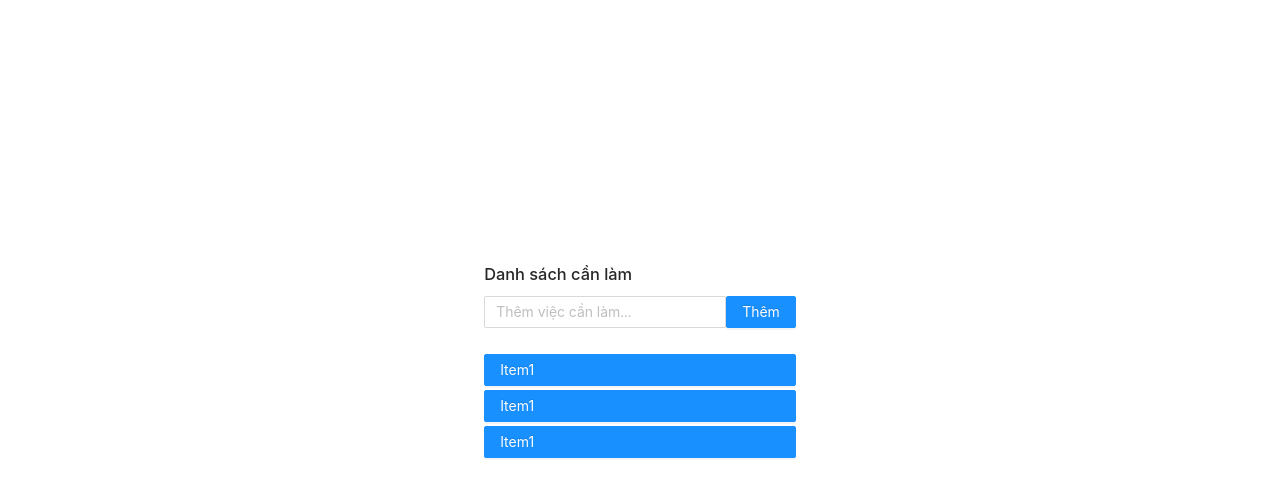
Repository: tiendungjr123/Todo-App
Page: /
An editor plug-in stored every save of this project. The page is shown before and after the next save, followed by the edit.
The browser window is 1280 px wide. The pictures show the whole page.
The project was rebuilt for these pictures with package versions that can differ from the ones it lists, and the page was loaded fresh each time.

Above is the page before, as saved 2022-09-22 11:03:25.

### src/index.js
import React from 'react';
import ReactDOM from 'react-dom/client';
import './index.css';
import App from './App';
import 'antd/dist/antd.css';
const root = ReactDOM.createRoot(document.getElementById('root'));
root.render(
  <React.StrictMode>
    <App />
  </React.StrictMode>
);

### src/index.css
body {
  margin: 0;
  font-family: -apple-system, BlinkMacSystemFont, 'Segoe UI', 'Roboto', 'Oxygen',
    'Ubuntu', 'Cantarell', 'Fira Sans', 'Droid Sans', 'Helvetica Neue',
    sans-serif;
  display: flex;
  justify-content: center;
  align-items: center;
  padding: 20px;
  font-size: 20px;
}

code {
  font-family: source-code-pro, Menlo, Monaco, Consolas, 'Courier New',
    monospace;
}

### src/App.js
import TodoList from "./component/TodoList";
import { Input, Button } from "antd";
import { useState } from "react";
import {v4} from 'uuid'

function App() {
  const [todoList, setTodoList] = useState([]);
  const [textInput, setTextInput] = useState("");

  const onchangeText = (e) => {
    setTextInput(e.target.value);
  };

  const onAddBtnClick = (e) => {
    setTodoList([...todoList, { id: v4(), name: textInput, isComplete: false }]);
  };
  return (
    <>
      <h3>Danh sách cần làm</h3>
      <Input.Group
        style={{
          display: "flex",
        }}
      >
        <Input
          placeholder="Thêm việc cần làm..."
          value={textInput}
          onChange={onchangeText}
        />
        <Button isDisabled = {!textInput} type="primary" onClick={onAddBtnClick}>
          Thêm
        </Button>
      </Input.Group>
      <br />
      <TodoList />
    </>
  );
}

export default App;

### src/component/TodoList.jsx
import React from "react";
import Todo from "./Todo";

export default function TodoList() {
  return (
    <>
      <Todo/>
      <Todo/>
      <Todo/>
    </>
  );
}

### src/component/Todo.jsx
import React from "react";
import { Button } from "antd";
import styled from "styled-components";

export default function Todo() {
  return (
    <div
      style={{ display: "flex", flexDirection: "column", }}
    >
      <Button style={{textAlign: "left", marginTop:'4px'}} type="primary">Item1</Button>
    </div>
  );
}

Loaded but not shown: public/index.html (common file)

After the next save:
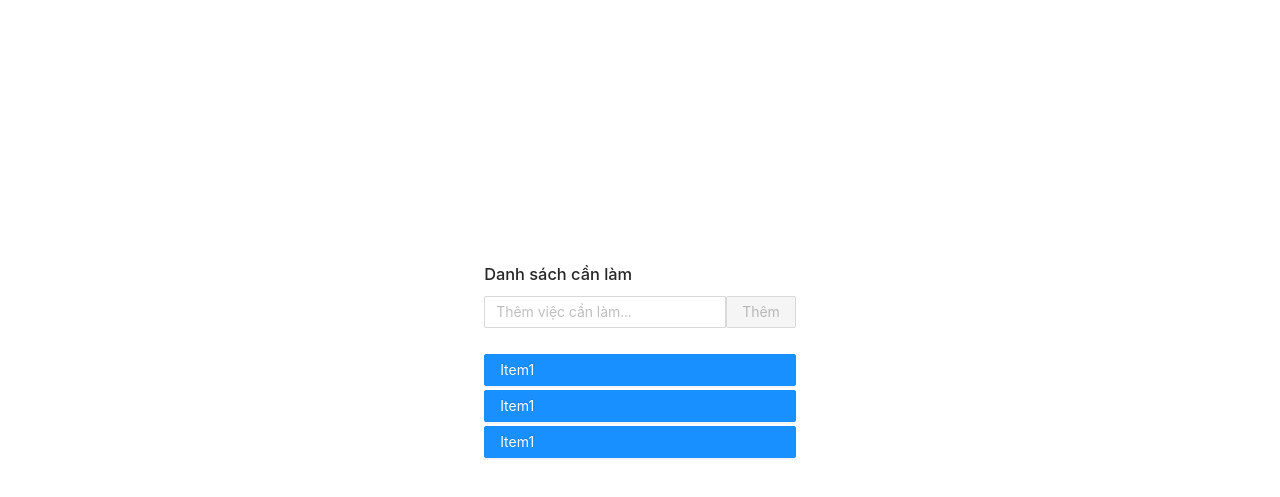
Saved 108 s later.
--- a/src/App.js
+++ b/src/App.js
@@ -27,7 +27,7 @@
           value={textInput}
           onChange={onchangeText}
         />
-        <Button isDisabled = {!textInput} type="primary" onClick={onAddBtnClick}>
+        <Button disabled = {true} type="primary" onClick={onAddBtnClick}>
           Thêm
         </Button>
       </Input.Group>

After the save that followed:
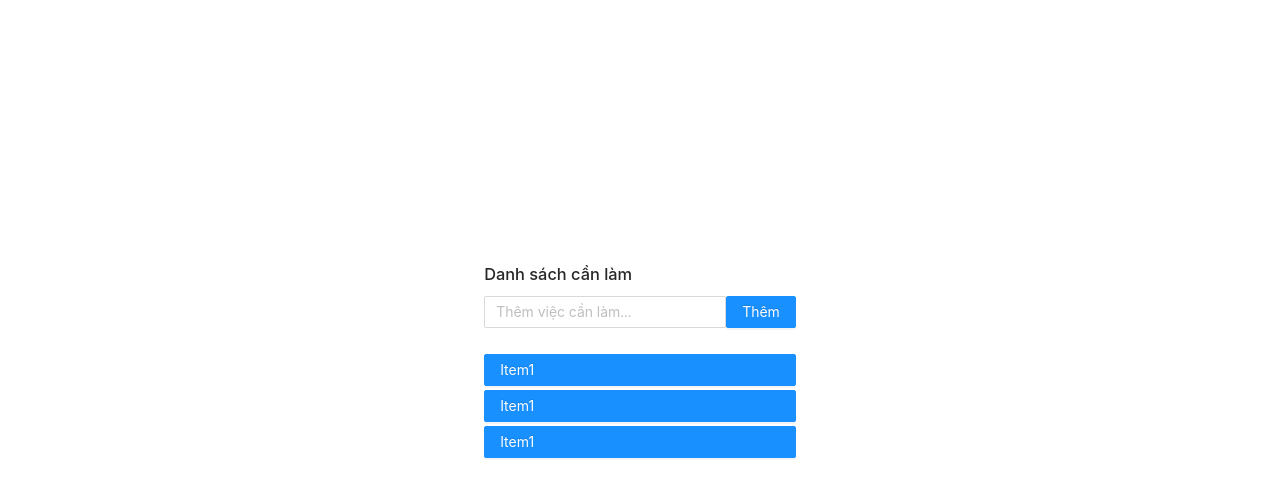
Saved 16 s later.
--- a/src/App.js
+++ b/src/App.js
@@ -27,7 +27,7 @@
           value={textInput}
           onChange={onchangeText}
         />
-        <Button disabled = {true} type="primary" onClick={onAddBtnClick}>
+        <Button disabled = {false} type="primary" onClick={onAddBtnClick}>
           Thêm
         </Button>
       </Input.Group>
